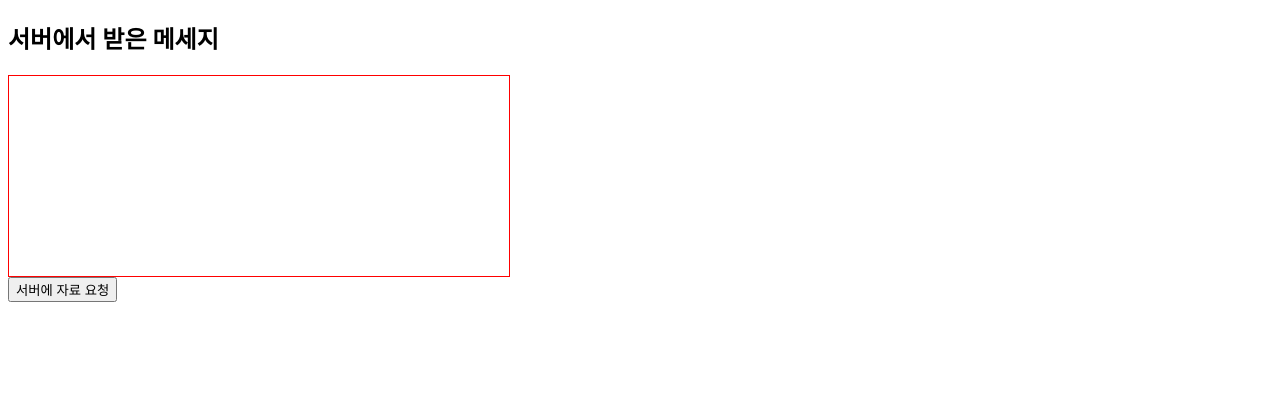
Repository: chopilyeon/JavaWeb
Page: LectureWeb/src/main/webapp/ajax/exam01.html
An editor plug-in stored every save of this project. The page is shown before and after the next save, followed by the edit.
The browser window is 1280 px wide. The pictures show the whole page.

Above is the page before, as saved 2022-05-31 02:34:26.

### LectureWeb/src/main/webapp/ajax/exam01.html
<!DOCTYPE html>
<html>
<head>
<meta charset="UTF-8">
<title>Insert title here</title>
<style>
	#msgView{
		width:500px;
		height:200px;
		border:1px solid red;
	}


</style>


<script src ="/LectureWeb/jquery/js/jquery-3.6.0.min.js"></script>
<!--절대경로로 작서앻주자  -->
<script>
$(document).ready(function(){

})
</script>



</head>
<body>
	<h2>서버에서 받은 메세지</h2>
 	<div id="msgView"></div>
 	<button>서버에 자료 요청</button>

</body>
</html>

Loaded but not shown: LectureWeb/src/main/webapp/jquery/js/jquery-3.6.0.min.js (library)

After the next save:
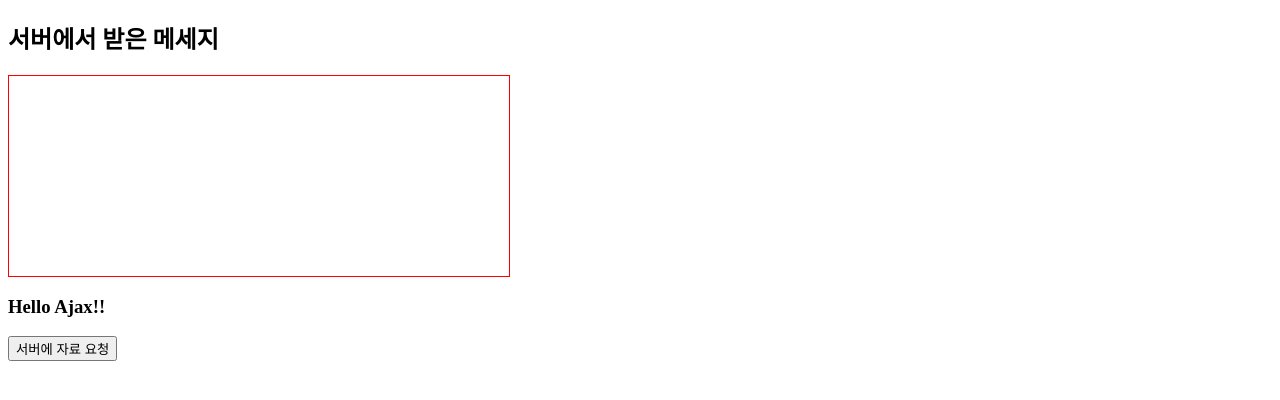
Saved 9 min 47 s later.
--- a/LectureWeb/src/main/webapp/ajax/exam01.html
+++ b/LectureWeb/src/main/webapp/ajax/exam01.html
@@ -16,8 +16,37 @@
 
 <script src ="/LectureWeb/jquery/js/jquery-3.6.0.min.js"></script>
 <!--절대경로로 작서앻주자  -->
+
 <script>
 $(document).ready(function(){
+/*html 태그가 필요가 없음 -> 그냥 그 공간에만 html 문서를 붙이고 싶다 이거임. 요청을 클릭하면 글자만 가져 오고 싶다 화면의 일부분만을 수정하고 싶다! hello태그 전부를 다 긁어올 수도 있지만 그러면 너무 비효율적임 hello의 h3 태그만 가져오고 싶어!   */
+
+	$('button').click(function(){
+		/* httpRequest = new XMLHttpRequest();
+		httpRequest.open('get','hello.html',true)
+		 *//*이런식으로 하면 너무 불편함   */
+		/*
+			url  : 요청주소(문자열)
+			type : 요청메소드(문자열)
+			data : 파라미터(문자열, json 객체)
+			success : 수신을 성공하는 경우(함수)
+			error : 수신을 실패 (함수)
+		*/
+
+		$.ajax({
+			url : 'hello.html'
+			, success:function(){
+				alert('성공')
+			},error:function(){
+				alert('실패')
+			}
+			//type을 쓰지 않으면 무조건 get 방식임
+
+		})
+		/*ajax 로 통신하고 싶으면 $.ajax 라고 쓰면됨 get방식 넘기려는 파라미터 url onreadystate status 이런거 필요함 !! 아무런 문제가 없다면    */
+		/*json의 형태로 변수를 가지자~!*/
+	})
+
 
 })
 </script>
@@ -28,6 +57,8 @@ $(document).ready(function(){
 <body>
 	<h2>서버에서 받은 메세지</h2>
  	<div id="msgView"></div>
+ 		<h3>Hello Ajax!!</h3>
+ 		<!-- 화면의 일부분을 수정하고 싶음  html을 다 가져오지 않음 hello Ajax 저게 들어오게 하고 싶어! -->
  	<button>서버에 자료 요청</button>
 
 </body>
